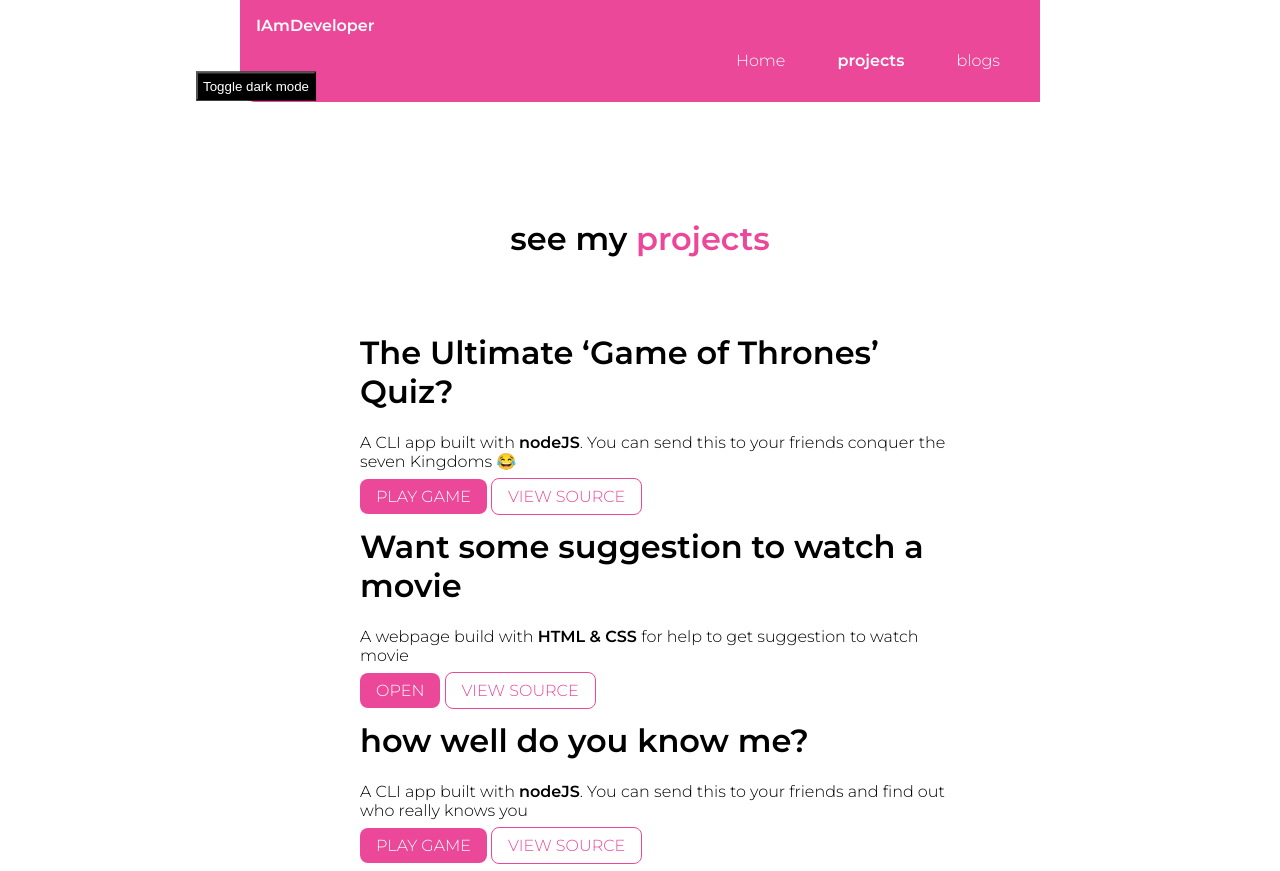
Repository: sohan2503001/Portfolio
Page: projects.html
These files come from the project's save history. The page is drawn as it stood at one moment and after a run of saves; the edit follows.
The browser window is 1280 px wide. The pictures show the whole page.

Above is the page before, as saved 2021-04-12 13:37:46.

### projects.html
<!DOCTYPE html>
<html lang="en">
  <head>
    <meta charset="UTF-8" />
    <meta name="viewport" content="width=device-width, initial-scale=1.0" />
    <title>Projects | Sohan</title>
    <link rel="stylesheet" href="style.css" />
  </head>
  <body>
    <nav class="navigation container">
      <div class="nav-brand">IAmDeveloper</div>
      <ul class="list-non-bullet nav-pills">
        <li class="list-item-inline">
          <a class="link" href="/">Home</a>
        </li>
        <li class="list-item-inline">
          <a class="link link-active" href="projects.html">projects</a>
        </li>
        <li class="list-item-inline">
          <a class="link" href="blogs.html">blogs</a>
        </li>
      </ul>
      <button onclick="myFunction()" class="button-dark">Toggle dark mode</button>
    </nav>

    <header class="hero">
      <h1 class="hero-heading">
        see my<span class="heading-inverted"> projects</span>
      </h1>
    </header>

    <ol class="list list-non-bullet">

      <div class="container container-center">
        <li>
          <h1>The Ultimate ‘Game of Thrones’ Quiz?</h1>
          <p>
            A CLI app built with <strong>nodeJS</strong>. You can send this to
            your friends conquer the seven Kingdoms 😂
          </p>

          <a class="link link-primary" href="https://replit.com/@Sohan250301/GameofThronesQuiz?embed=1&output=1#index.js" target="_blank">PLAY GAME</a>
          <a class="link link-secondary" href="https://github.com/sohan2503001/GOTQuiz" target="_blank">VIEW SOURCE</a>
        </li>
      </div>

      <div class="container container-center">
        <li>
          <h1>Want some suggestion to watch a movie</h1>
          <p>
            A webpage build with <strong>HTML & CSS </strong> for help to get suggestion to watch movie
          </p>

          <a class="link link-primary" href="https://moviesreview.netlify.app/" target="_blank">OPEN</a>
          <a class="link link-secondary" href="https://github.com/sohan2503001/MovieSuggestion" target="_blank">VIEW SOURCE</a>
        </li>
      </div>

        <div class="container container-center">
        <li>
          <h1>how well do you know me?</h1>
          <p>
            A CLI app built with <strong>nodeJS</strong>. You can send this to
            your friends and find out who really knows you
          </p>

          <a class="link link-primary" href="https://replit.com/@Sohan250301/How-much-you-know-me?embed=1&output=1" target="_blank">PLAY GAME</a>
          <a class="link link-secondary" href="https://github.com/sohan2503001/Quiz1" target="_blank">VIEW SOURCE</a>
        </li>
      </div>

    </ol>
    <script src="code.js"></script>
  </body>
</html>

### style.css
@import url('https://fonts.googleapis.com/css2?family=Montserrat:wght@300;600&display=swap');

:root{
    --primary-color: #EC4899;
    --dark-gray: #4B5563;
    --off-white: #FBCFE8;
}

body {
    font-family: 'Montserrat', sans-serif;
    margin: auto;
    max-width: 800px;
    width: 100%;
}

hr{
    margin: 2rem 0rem;
}

/** container **/
.container{
    padding: 0rem 1rem;
}

.container-center{
    max-width: 600px;
    margin: auto;
}

/** links **/
.link{
    text-decoration: none;
    padding: 0.5rem 1rem;
    /*margin: 1rem 0rem 1rem 0rem;*/
}

.link-primary{
    background-color: var(--primary-color);
    border-radius: 0.5rem;
    color:white;
}

.link-secondary{
    color: var(--primary-color);
    border-radius: 0.5rem;
    border: 1px solid var(--primary-color);
}

/** lists **/

.list-non-bullet{
    list-style: none;
}

.list-item-inline{
    display: inline;
    padding: 0rem 0.5rem;
}

/** navigation **/

.navigation{
    background-color: var(--primary-color);
    color: white;
    padding: 1rem;
    border-bottom-left-radius: 1rem;
}

.navigation .nav-brand{
    font-weight: bold;
}

.navigation .nav-pills{
    text-align: right;
}

.navigation .link{
    color: white;
}

.navigation .link-active{
    font-weight: bold;
}

/**header **/

.hero{
    padding: 2rem;
    padding-top: 5rem;
}

.hero .hero-img{
    max-width: 350px;
    display: block;
    margin: auto;
}

.hero .hero-heading{
    padding-top: 1rem;
    color: var(--dark-red);
    text-align: center;
}

.hero .hero-heading .heading-inverted{
    color: var(--primary-color)
}

/** section **/
.section{
    padding: 2rem;
}

.section h1{
    text-align: center;
}

.ow {
    background-color: var(--off-white);
}

/**footer **/

.footer{
    background-color: var(--primary-color);
    padding: 2rem 1rem;
    text-align: center;
    color: white;
    border-top-right-radius: 1rem;
    position: relative;
}

.footer .link{
    color: white;
}

.footer .footer-header{
    font-weight: bold;
    font-size: large;
}

.footer ul{
    padding-inline-start: 0px;
}

/**DarkMode**/
.dark-mode {
    background-color: black;
    color: white;
}

.button-dark{
    padding: 5px;
    background-color: black;
    color: white;
    position: absolute;
    -ms-transform: translate(-50%, -50%);
    transform: translate(-50%, -50%);
}

### code.js
function myFunction() {
    var element = document.body;
    element.classList.toggle("dark-mode");
}

After the next 3 saves:
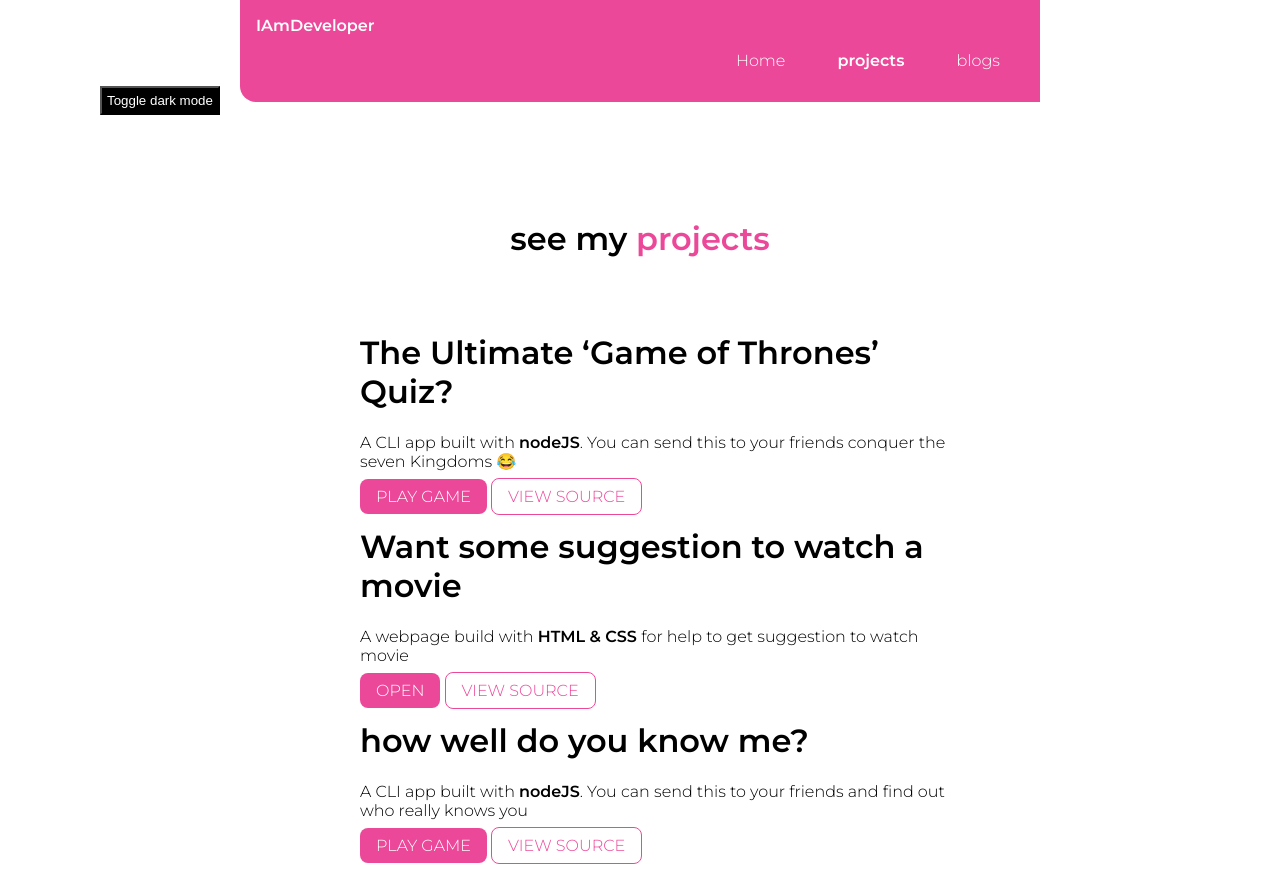
The 3 saves are shown as one change because they came seconds apart.
The last was saved 16 s later.
--- a/style.css
+++ b/style.css
@@ -153,6 +153,5 @@ hr{
     background-color: black;
     color: white;
     position: absolute;
-    -ms-transform: translate(-50%, -50%);
-    transform: translate(-50%, -50%);
+    left: 100px;
 }
